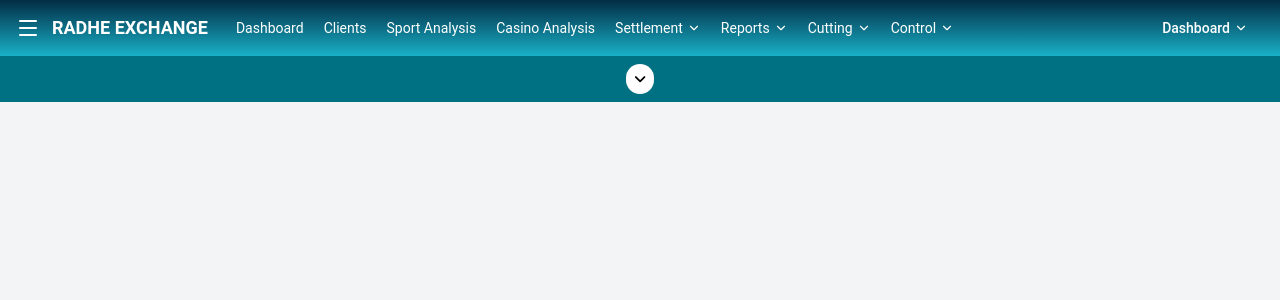
Repository: Habeebur1493/Radhe-Exchange
Page: /dashboard (app in frontend/)
The author's editor kept a copy of each file at every save. The page is drawn from the files as they stood at one save, then again after the next save.
The browser window is 1280 px wide. The pictures show the whole page.
Some web libraries are served in a nearby version. The project was rebuilt for these pictures with package versions that can differ from the ones it lists, and the page was loaded fresh each time. Also part of the build but not shown: frontend/vite.config.js, frontend/src/components/login.jsx, frontend/src/components/Register.jsx.

Above is the page before, as saved 2025-03-04 11:06:02.

After the next save:
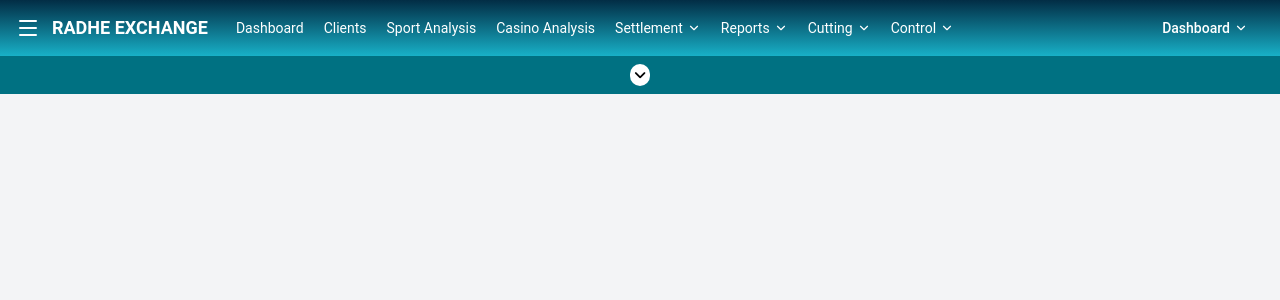
Saved 13 s later.
--- a/frontend/src/components/dashboard.jsx
+++ b/frontend/src/components/dashboard.jsx
@@ -218,7 +218,7 @@
         className="cursor-pointer flex items-center justify-center"
         onClick={() => setIsOpen(!isOpen)}
       >
-       <i className={`fa-solid fa-angle-down bg-white text-black font-bold rounded-full p-2 transition-transform ${isOpen ? "rotate-180" : ""}`}></i>
+       <i className={`fa-solid fa-angle-down bg-white text-black font-bold rounded-full p-1 transition-transform ${isOpen ? "rotate-180" : ""}`}></i>
 
 
       </div>

After the save that followed:
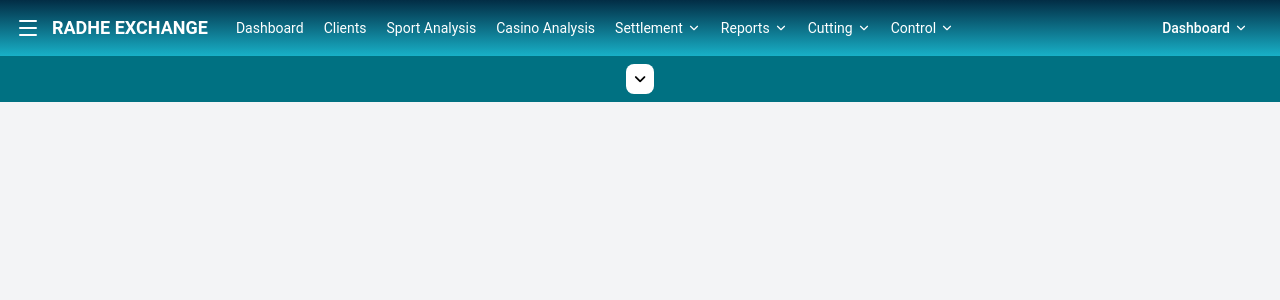
Saved 14 s later.
--- a/frontend/src/components/dashboard.jsx
+++ b/frontend/src/components/dashboard.jsx
@@ -218,7 +218,7 @@
         className="cursor-pointer flex items-center justify-center"
         onClick={() => setIsOpen(!isOpen)}
       >
-       <i className={`fa-solid fa-angle-down bg-white text-black font-bold rounded-full p-1 transition-transform ${isOpen ? "rotate-180" : ""}`}></i>
+       <i className={`fa-solid fa-angle-down bg-white text-black font-bold rounded-lg p-2 transition-transform ${isOpen ? "rotate-180" : ""}`}></i>
 
 
       </div>
